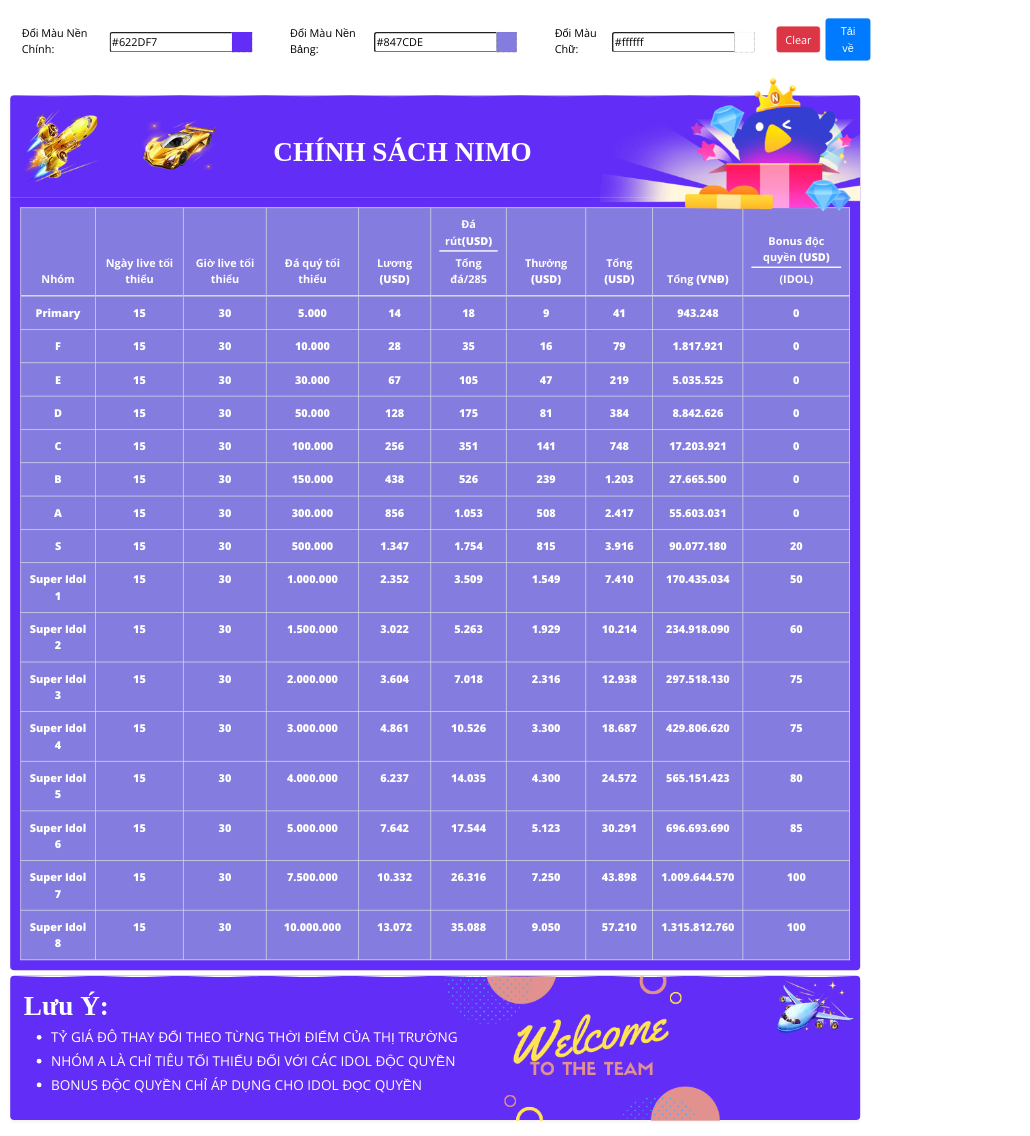
Repository: dav1601/nimo-work
Page: http://localhost/
An editor plug-in stored every save of this project. The page is shown before and after the next save, followed by the edit.
The browser window is 1280 px wide. The page is 1515 px wide, so the pictures cover 1515 px, including what lies to the right of the window. The pictures show the whole page, at 68% of full size.
The page is run by PHP 8.4 with error messages shown; the project is at /var/www/html/.

Above is the page before, as saved 2022-04-15 15:41:56.

After the next save:
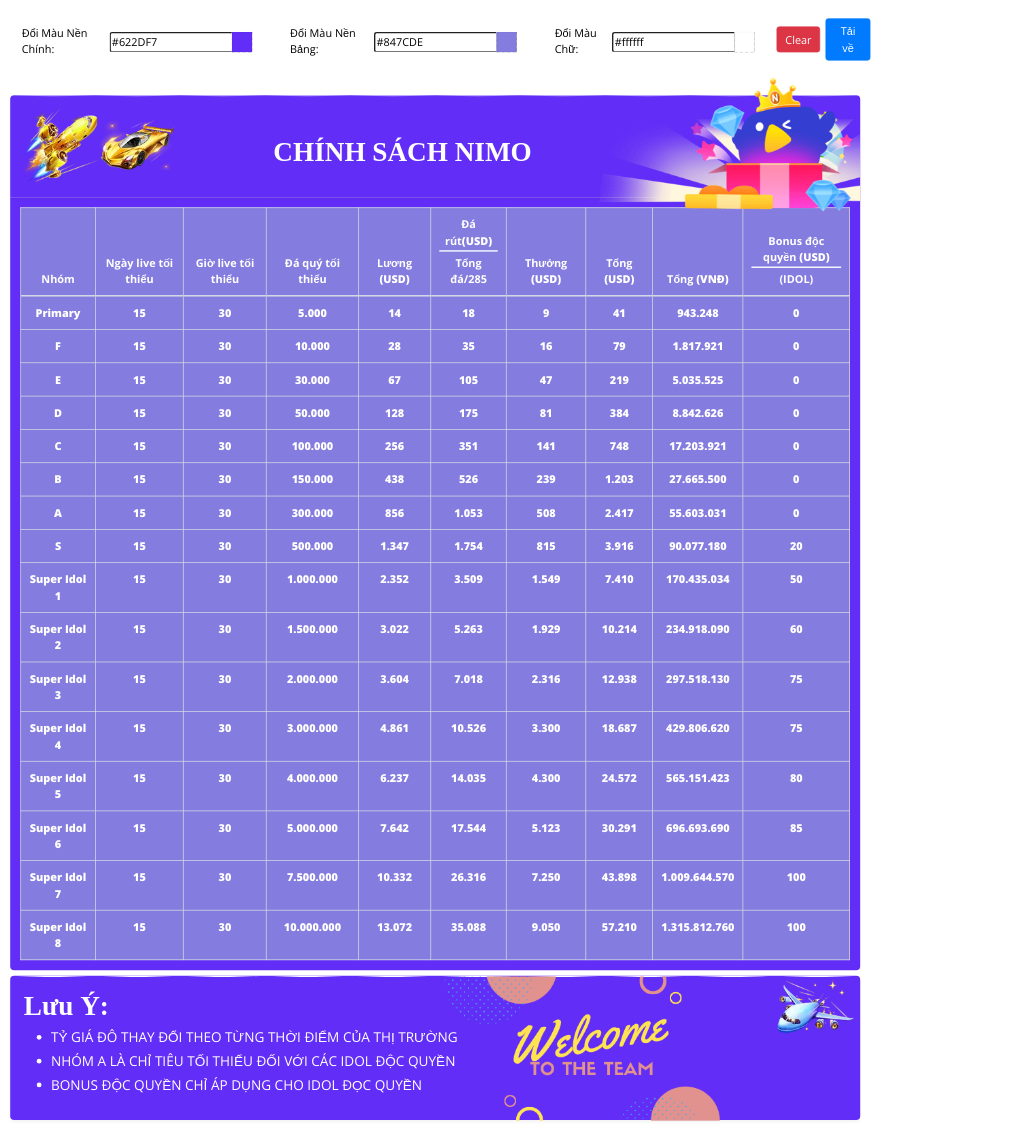
Saved 34 s later.
--- a/index.php
+++ b/index.php
@@ -242,6 +242,10 @@
                 right: 0px;
                 top: -25px;
             }
+            .img-3 {
+    left: 130px;
+    top: 20px;
+}
         }
 
         @media only screen and (max-width: 1080px) {
